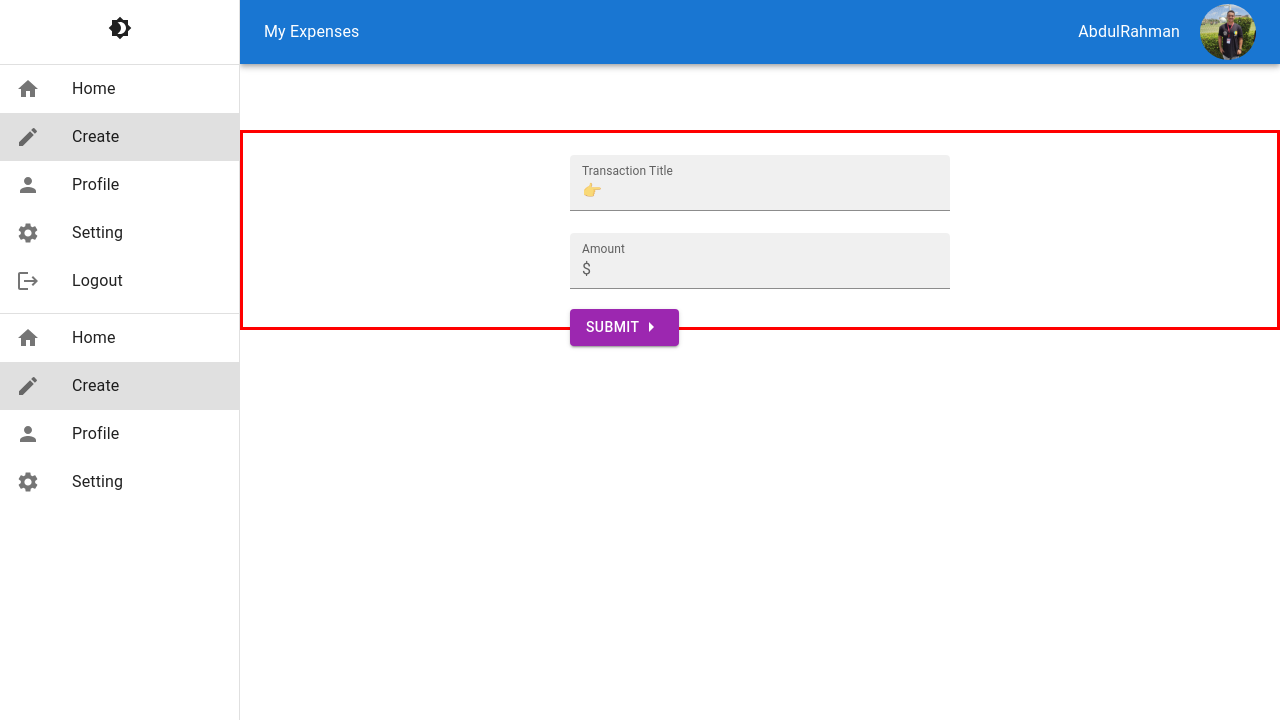
Repository: abdulrahmanmahmood/Expenses-APP
Page: /create
These files come from the project's save history. The page is drawn as it stood at one moment and after the next save; the edit follows.
The browser window is 1280 px wide. The pictures show the whole page.
The project was rebuilt for these pictures with package versions that can differ from the ones it lists, and the page was loaded fresh each time. Also part of the build but not shown: src/App.css, src/App.js. Imported but missing from the stored project, and not drawn on this page: src/pages/home/Home.

Above is the page before, as saved 2023-10-03 22:37:06.

After the next save:
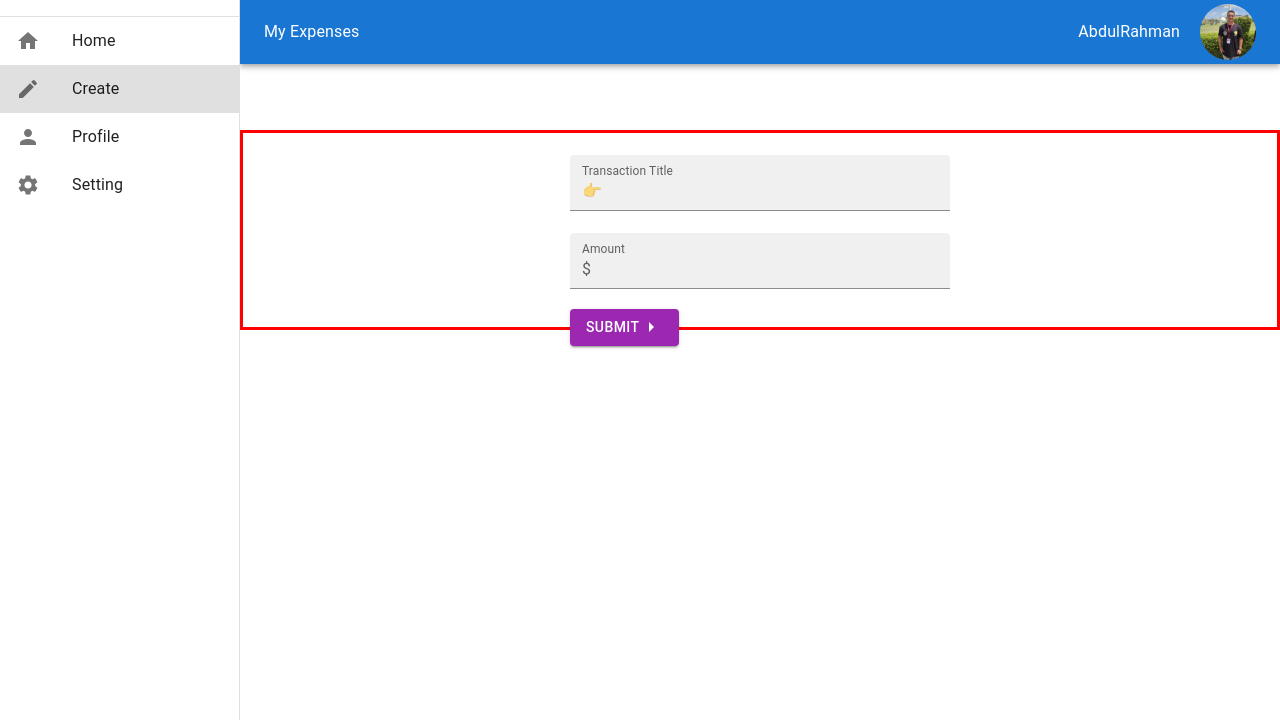
Saved 62 s later.
--- a/src/MUI-components/Drawer.jsx
+++ b/src/MUI-components/Drawer.jsx
@@ -67,89 +67,7 @@ const Drawerr = ({
     >
       <List>
 
-        <ListItem disablePadding sx={{ mr: "auto", ml: "auto", mb: "16px" }}>
-          <IconButton
-            sx={{ mr: "auto", ml: "auto" }}
-            onClick={() => {
-              if (theme.palette.mode === "dark") {
-                setmoode("light");
-                localStorage.setItem("theme", "light");
-              } else {
-                setmoode("dark");
-                localStorage.setItem("theme", "dark");
-              }
-            }}
-            color="inherit"
-          >
-            {theme.palette.mode === "dark" ? (
-              <Brightness7Icon />
-            ) : (
-              <Brightness4Icon />
-            )}
-          </IconButton>
-        </ListItem>
-        <Divider />
 
-        <Link to="/" style={{ textDecoration: "none", color: "inherit" }}>
-          <ListItem
-            disablePadding
-            sx={{
-              bgcolor:
-                location.pathname === "/" ? theme.palette.favColor.main : null,
-            }}
-          >
-            <ListItemButton>
-              <ListItemIcon>
-                <Home />
-              </ListItemIcon>
-              <ListItemText primary="Home" />
-            </ListItemButton>
-          </ListItem>
-        </Link>
-
-        <ListItem
-          disablePadding
-          sx={{
-            bgcolor:
-              location.pathname === "/create"
-                ? theme.palette.favColor.main
-                : null,
-          }}
-        >
-          <ListItemButton onClick={() => navigate("/create")}>
-            <ListItemIcon>
-              <Create />
-            </ListItemIcon>
-            <ListItemText primary="Create" />
-          </ListItemButton>
-        </ListItem>
-
-        <ListItem disablePadding>
-          <ListItemButton>
-            <ListItemIcon>
-              <Person />
-            </ListItemIcon>
-            <ListItemText primary="Profile" />
-          </ListItemButton>
-        </ListItem>
-
-        <ListItem disablePadding>
-          <ListItemButton>
-            <ListItemIcon>
-              <Settings />
-            </ListItemIcon>
-            <ListItemText primary="Setting" />
-          </ListItemButton>
-        </ListItem>
-
-        <ListItem disablePadding>
-          <ListItemButton>
-            <ListItemIcon>
-              <Logout />
-            </ListItemIcon>
-            <ListItemText primary="Logout" />
-          </ListItemButton>
-        </ListItem>
       </List>
 
       <Divider />
